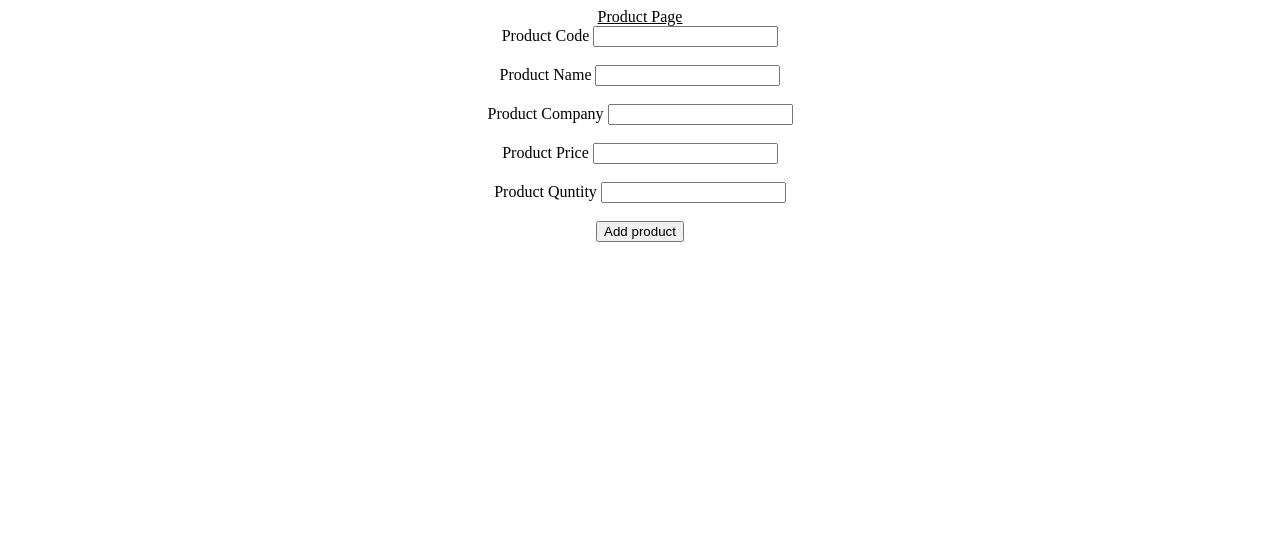
Repository: vaibhavahi017/Registration-Form-by-adv-java
Page: ECommerce/src/main/webapp/AddProduct.html
These files come from the project's save history. The page is drawn as it stood at one moment and after the next save; the edit follows.
The browser window is 1280 px wide. The pictures show the whole page.

Above is the page before, as saved 2026-10-26 19:30:14.

### ECommerce/src/main/webapp/AddProduct.html
<!DOCTYPE html>
<html>
<head>
<meta charset="UTF-8">
<title>Insert title here</title>
</head>
<body>
	<center>

	<u>Product Page </u>

	<form action="aps" method="post">

	Product Code <input type="text" name="pCode"><br><br>
	Product Name <input type="text" name="pName"><br><br>
	Product Company <input type="text" name="pComp"><br><br>
	Product Price <input type="text" name="pPrice"><br><br>
	Product Quntity <input type="text" name="pQty"><br><br>

	<input type="submit" value="Add product">

	</form>
	</center>
</body>
</html>

After the next save:
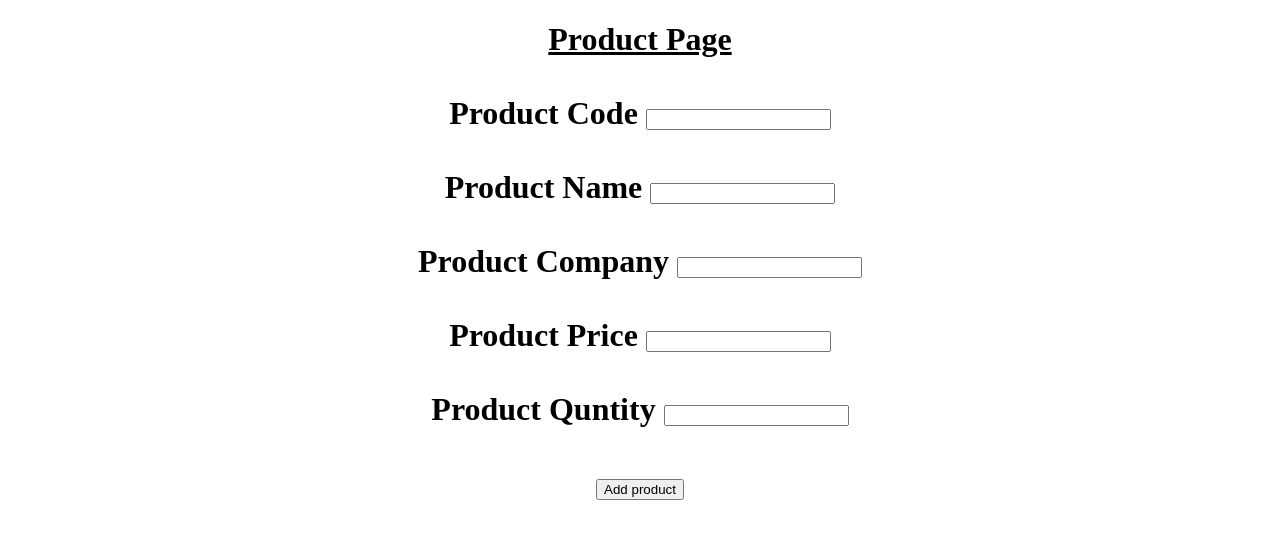
Saved 4 min 25 s later.
--- a/ECommerce/src/main/webapp/AddProduct.html
+++ b/ECommerce/src/main/webapp/AddProduct.html
@@ -6,8 +6,8 @@
 </head>
 <body>
 	<center>
-
-	<u>Product Page </u>
+	<h1>
+	<u>Product Page </u><br><br>
 
 	<form action="aps" method="post">
 
@@ -20,6 +20,7 @@
 	<input type="submit" value="Add product">
 
 	</form>
+	</h1>
 	</center>
 </body>
 </html>
